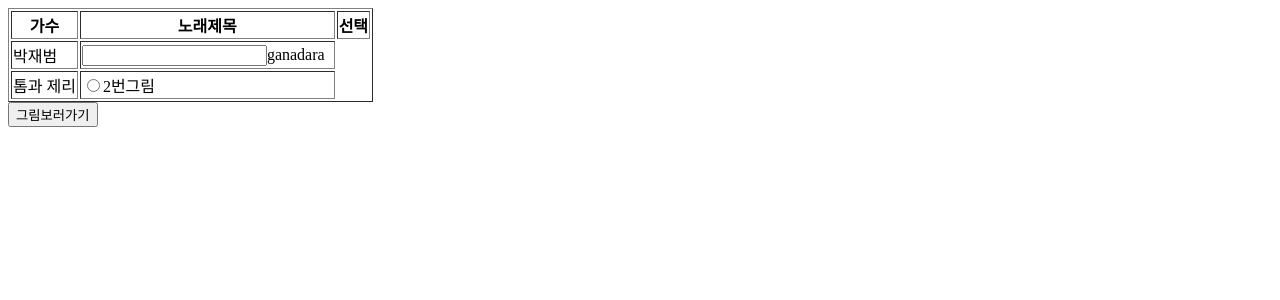
Repository: SimpleRan/jsp_paractice2
Page: http://localhost/JSPBasic/jspobject/qiuz/music.jsp
The author's editor kept a copy of each file at every save. The page is drawn from the files as they stood at one save, then again after the next save.
The browser window is 1280 px wide. The pictures show the whole page.
The page is served by Tomcat 9.

Above is the page before, as saved 2022-03-28 09:40:20.

### JSPBasic/src/main/webapp/jspobject/qiuz/music.jsp
<%@ page language="java" contentType="text/html; charset=UTF-8"
    pageEncoding="UTF-8"%>
<!DOCTYPE html>
<html>
<head>
<meta charset="UTF-8">
<title>Insert title here</title>
</head>
<body>
<!-- music.jsp  에는 테이블 형태로 가수, 노래제목, checkbox를 두시고
곡은 3곡이상 두세요. music_result.jsp에서는 music.jsp에서 보낸 노래제목을 받아서 감지한다음
유튜브 영상 주로로 리다이렉트 시키게 해주세요. -->
	<form aciton = "music_result.jsp" method="post">
	 <table border ="1">
	  <thead>
	    <th> 가수 </th>
	    <th> 노래제목 </th>
	    <th> 선택 </th>
	  </thead>
	  <tbody>
	   <tr>
	    <td>박재범</td>
	    <td><input name="music">ganadara &nbsp; </td>
	   </tr>
	   <tr>
	    <td>톰과 제리</td>
	    <td><input type="radio" name="photo" value="2번그림">2번그림 &nbsp; </td>
	   </tr>
	  </tbody>
	 </table>

	 <input type= "submit" class="btn btn-primary" value="그림보러가기"/>
	</form>
</body>
</html>

After the next save:
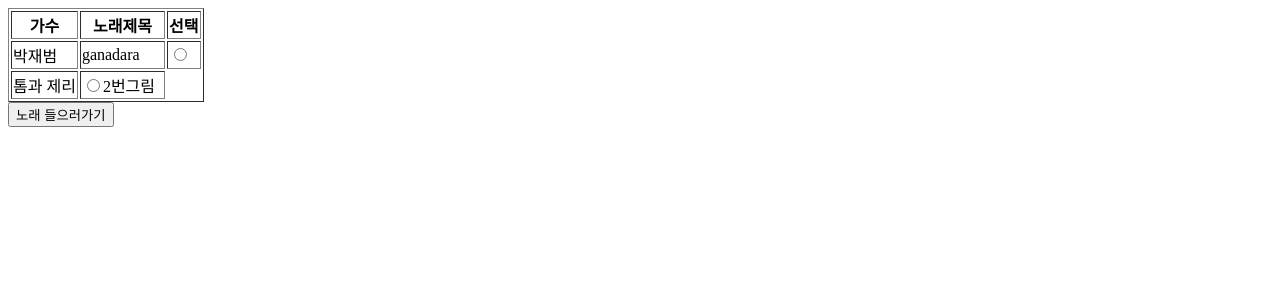
Saved 4 min 5 s later.
--- a/JSPBasic/src/main/webapp/jspobject/qiuz/music.jsp
+++ b/JSPBasic/src/main/webapp/jspobject/qiuz/music.jsp
@@ -20,16 +20,17 @@
 	  <tbody>
 	   <tr>
 	    <td>박재범</td>
-	    <td><input name="music">ganadara &nbsp; </td>
+	    <td>ganadara</td>
+	    <td><input type="radio" name="music" value="ganadara"> &nbsp; </td>
 	   </tr>
 	   <tr>
 	    <td>톰과 제리</td>
-	    <td><input type="radio" name="photo" value="2번그림">2번그림 &nbsp; </td>
+	    <td><input type="radio" name="photo" value="">2번그림 &nbsp; </td>
 	   </tr>
 	  </tbody>
 	 </table>
 
-	 <input type= "submit" class="btn btn-primary" value="그림보러가기"/>
+	 <input type= "submit"  value="노래 들으러가기"/>
 	</form>
 </body>
 </html>
